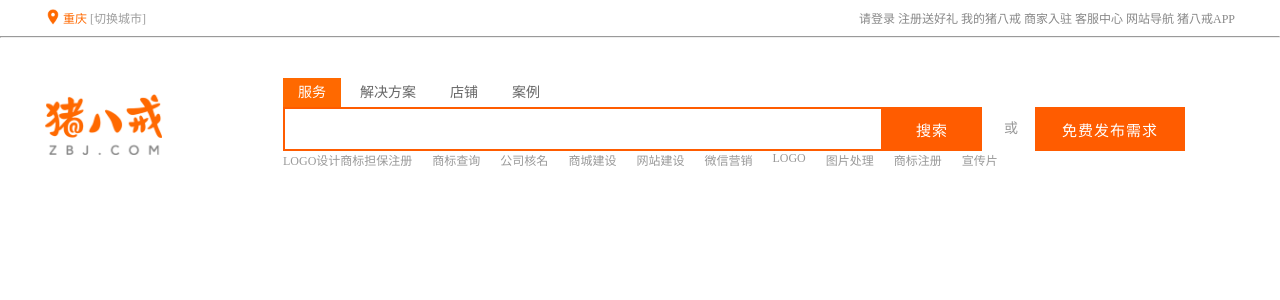
Repository: 13982720426/zbj
Page: HTML/index.html
The author's editor kept a copy of each file at every save. The page is drawn from the files as they stood at one save, then again after the next save.
The browser window is 1280 px wide. The pictures show the whole page.

Above is the page before, as saved 2021-07-15 15:56:47.

### HTML/index.html
<!DOCTYPE html>
<html lang="en">
  <head>
    <meta charset="UTF-8" />
    <meta http-equiv="X-UA-Compatible" content="IE=edge" />
    <meta name="viewport" content="width=device-width, initial-scale=1.0" />
    <title>猪八戒网重庆站-中国领先的企业服务平台</title>
    <link rel="stylesheet" type="image/x-icon" href="./imgs/favicon.ico" />
    <link rel="stylesheet" type="text/css" href="css/index.css" />
  </head>
  <body>
    <div class="header-top">
      <div class="header-top-left">
        <div class="location-icon">
          <span class="tl1">重庆</span>
          <span class="tl2">[切换城市]</span>
        </div>
      </div>
      <div class="haeder-top-right">
        <span class="tr1">请登录</span>
        <span class="tr2">注册送好礼</span>
        <span class="tr3">我的猪八戒</span>
        <span class="tr4">商家入驻</span>
        <span class="tr5">客服中心</span>
        <span class="tr6">网站导航</span>
        <span class="tr7">猪八戒APP</span>
      </div>
    </div>
    <hr />
    <div class="header-bd-wrap header-bd-wrap-fixed">
      <div class="header-bd-wrap-content">
        <div class="header-bd-wrap-l">
          <img class="logo-img" src="./imgs/newlogo_5b91b4a.png" alt="猪八戒" />
        </div>
        <div class="header-bd-wrap-r">
          <div class="header-bd-wrap-menu">
            <ul>
              <li><a href="">服务</a></li>
              <li><a href="">解决方案</a></li>
              <li><a href="">店铺</a></li>
              <li><a href="">案例</a></li>
            </ul>
          </div>
          <div class="header-bd-wrap-search">
            <form action="">
              <input class="search-input" type="text" name="" id="" />
              <button class="search-button">搜索</button>
              <span class="huo">或</span>
              <button class="search-button-task">免费发布需求</button>
            </form>
          </div>

          <div class="header-bd-wrap-nav">
            <a href="https://zt.zbj.com/sl/re/splkkegq" target="_blank">LOGO设计商标担保注册</a>
            <a href="https://zt.zbj.com/sl/re/spl4eino" target="_blank">商标查询</a>
            <a href="https://zt.zbj.com/sl/re/splhj5w7" target="_blank">公司核名</a>
            <a href="//search.zbj.com/f/?kw=%E5%95%86%E5%9F%8E%E5%BB%BA%E8%AE%BE" target="_blank">
              商城建设
            </a>
            <a href="//search.zbj.com/f/?kw=%E7%BD%91%E7%AB%99%E5%BB%BA%E8%AE%BE" target="_blank">
              网站建设
            </a>
            <a href="//search.zbj.com/f/?kw=%E5%BE%AE%E4%BF%A1%E8%90%A5%E9%94%80" target="_blank">
              微信营销
            </a>
            <a href="//search.zbj.com/f/?kw=LOGO" target="_blank">LOGO</a>
            <a href="//search.zbj.com/f/?kw=%E5%9B%BE%E7%89%87%E5%A4%84%E7%90%86" target="_blank">
              图片处理
            </a>
            <a
              href="https://tg.ipr.zbj.com/trademark/sbzc/?_union_identify=21&_union_uid=7223946&_union_itemid=1735120&fr=kwrecom"
              target="_blank"
            >
              商标注册
            </a>
            <a href="//search.zbj.com/f/?kw=%E5%AE%A3%E4%BC%A0%E7%89%87" target="_blank">宣传片</a>
          </div>
        </div>
      </div>
    </div>
  </body>
</html>

### HTML/css/index.css
* {
  margin: 0;
  padding: 0;
}
.header-top {
  display: flex;
  align-items: center;
  margin: 0 auto;
  height: 36px;
  width: 1190px;
  color: #888;
  font-size: 12px;
}
.location-icon {
  display: inline-block;
  padding-left: 18px;
  background-repeat: no-repeat;
  background-size: 16px;
  background-image: url('data:[embedded picture, 1182 characters]');
}
.tl1 {
  color: #ff6900;
}
.tl2 {
  color: #9e9e9e;
}
.header-top-left {
  flex: 1;
}
.header-top-right {
  flex: 1;
}
.header-bd-wrap {
  width: 100%;
}
.header-bd-wrap.header-bd-wrap-fixed {
}
.header-bd-wrap-content {
  width: 1190px;
  margin: 0 auto;
  display: flex;
  align-items: center;
  justify-content: center;
}
.header-bd-wrap-l {
  margin-top: 40px;
  flex: 20%;
}
.header-bd-wrap-r {
  margin-top: 40px;
  flex: 80%;
}
.header-bd-wrap-menu {
  padding: 0;
  margin: 0;
  /* list-style: none; */
  top: -28px;
  left: 0;
  /* background: #fff; */
  width: 440px;
  border: 0;
}
.header-bd-wrap-menu li {
  line-height: 28px;
  padding: 0 15px;
  /* list-style: none; */
  padding: 0;
  margin: 0;
  display: inline-block;
}
.header-bd-wrap-menu li:first-child {
  color: #fff;
  background: #ff6900;
}
.header-bd-wrap-menu li:first-child a {
  color: #fff;
}

.header-bd-wrap-menu a {
  font-size: 14px;
  margin: 15px;
  color: #666;
  text-decoration: none;
}
.header-bd-wrap-nav a {
  text-decoration: none;
  margin-right: 20px;
  font-size: 12px;
  color: #999;
  display: block;
  float: left;
  text-decoration: none;
  transition: 0.3s;
}
.logo-img {
  float: left;
  max-width: 117px;
  max-height: 61px;
  margin-right: 20px;
}
.search-input {
  /* display: inline-block;
  width: 100px;
  height: 44px;
  color: #fff;
  border: 0;
  vertical-align: bottom;
  background: #ff5c00;
  font-size: 16px;
  text-align: center;
  cursor: pointer; */

  width: 600px;
  height: 44px;
  box-sizing: border-box;
  border: 2px solid #ff5c00;
  vertical-align: top;
}
.search-button:hover {
  background: #ff7e23;
}
.huo {
  display: inline-block;
  width: 50px;
  text-align: center;
  line-height: 44px;
  color: #999;
  font-size: 14px;
}
.search-button {
  width: 100px;
  height: 44px;
  color: #ffffff;
  background-color: #ff5c00;
  font-size: 15px;
  border: 1px solid #ff5c00;
  margin-left: -5px;
  letter-spacing: 1px;
  vertical-align: top;
}
.search-button-task {
  width: 150px;
  height: 44px;
  color: #ffffff;
  background-color: #ff5c00;
  font-size: 15px;
  border: 1px solid #ff5c00;
  margin-left: -5px;
  letter-spacing: 1px;
  vertical-align: top;
}
.header-bd-wrap-nav {
  margin-bottom: 20px;
}

After the next save:
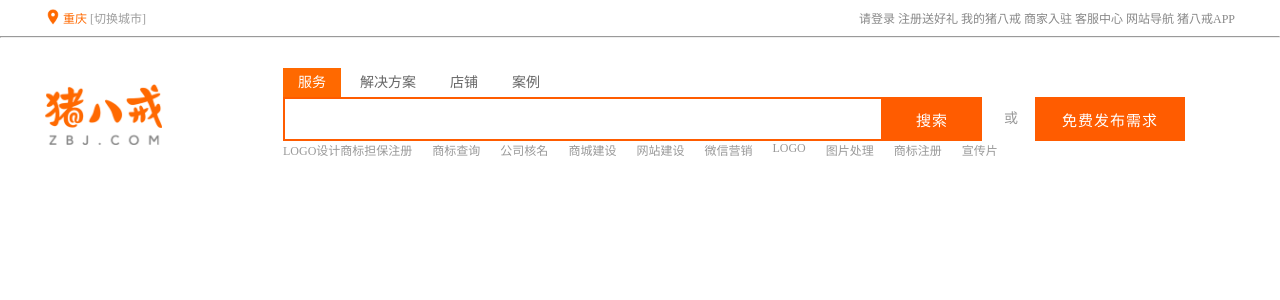
Saved 39 s later.
--- a/HTML/css/index.css
+++ b/HTML/css/index.css
@@ -43,11 +43,11 @@
   justify-content: center;
 }
 .header-bd-wrap-l {
-  margin-top: 40px;
+  margin-top: 30px;
   flex: 20%;
 }
 .header-bd-wrap-r {
-  margin-top: 40px;
+  margin-top: 30px;
   flex: 80%;
 }
 .header-bd-wrap-menu {
